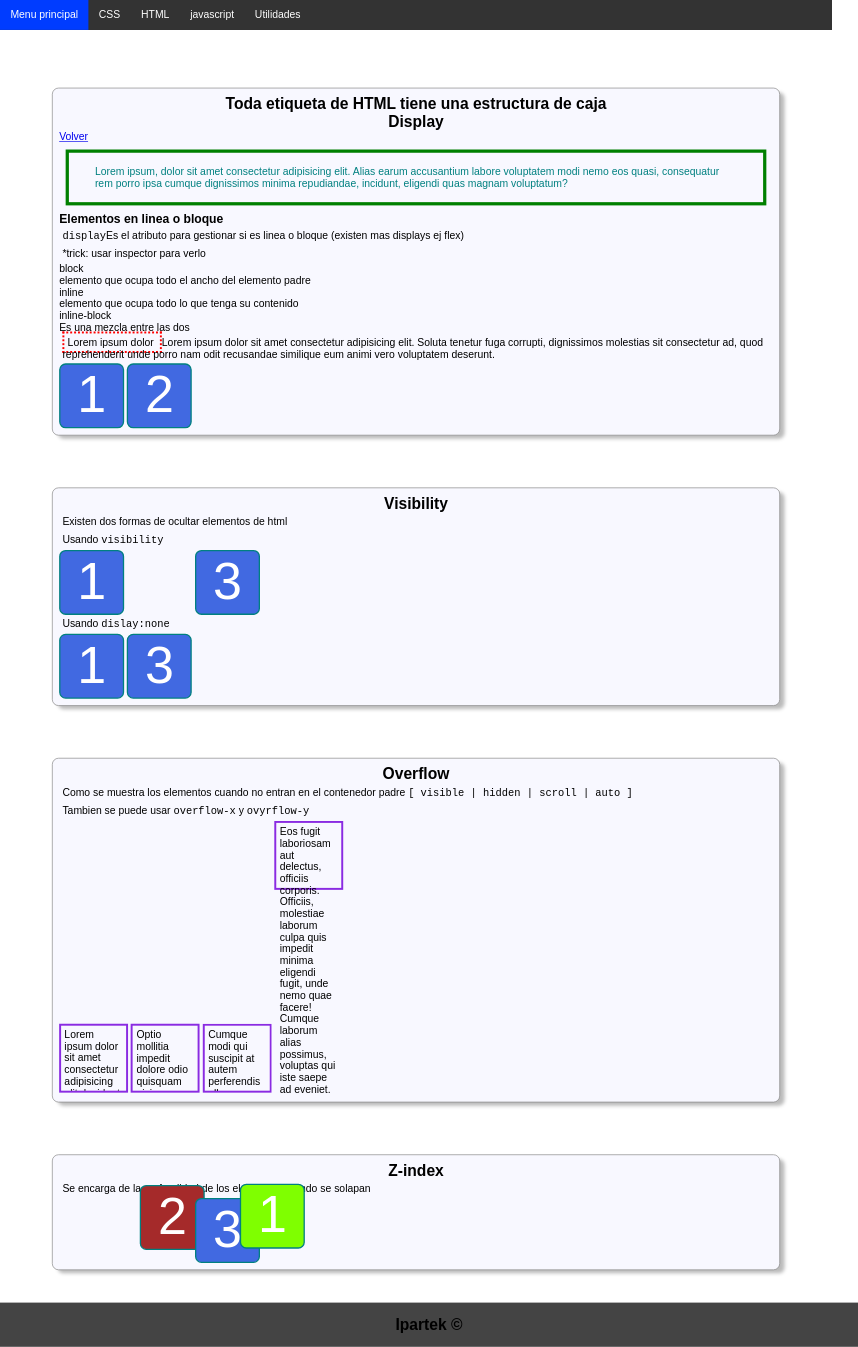
Repository: jcsanceledonio/java_2019_0396_2
Page: http://localhost/javaWebApp/ejemplos/html/box-model.jsp
An editor plug-in stored every save of this project. The page is shown before and after the next save, followed by the edit.
The browser window is 1280 px wide. The page is 1320 px wide, so the pictures cover 1320 px, including what lies to the right of the window. The pictures show the whole page, at 65% of full size.
Some web libraries are served in a nearby version. The page is served by Tomcat 9. Other server files are loaded and not shown.

Above is the page before, as saved 2019-11-20 10:01:33.

### javaWebApp/src/main/webapp/ejemplos/html/box-model.jsp
<%String titulo = "HelloWeb | box-model";%>

<%@include file="/includes/header.jsp" %>
<%@include file="/includes/navigation.jsp"%>
    <style>
        body {

        }

        span {
            border: 3px dotted red;
            padding: 5px;
        }

        p {

            padding: 5px;
        }

        p.prueba {
            color: teal;
            border: 5px solid green;
            margin: 10px;
            /* padding: 20px;  */
            padding: 20px 40px;
        }

        .box {
            display: inline-block;
            /* para que el bloque ocupe el borde que especifiquemos
            sin que se le sume los 2px de los bordes */
            box-sizing: border-box;
            width: 100px;
            height: 100px;

            border: 2px solid teal;
            background-color: royalblue;
            border-radius: 10px;

            color: #fff;
            font-size: 5em;
            text-align: center;
        }

        .box-texto {
            display: inline-block;
            width: 100px;
            height: 100px;
            border: 3px solid blueviolet;
        }

        section {
        	margin: 80px 80px 80px 80px;
            border: 1px solid rgb(131, 131, 131);
            background-color: ghostwhite;
            padding: 10px;
            margin-bottom: 50px;
            border-radius: 10px;

            -webkit-box-shadow: 8px 6px 6px -1px rgba(0, 0, 0, 0.27);
            -moz-box-shadow: 8px 6px 6px -1px rgba(0, 0, 0, 0.27);
            box-shadow: 8px 6px 6px -1px rgba(0, 0, 0, 0.27);
        }
    </style>

    <h1>Visualización</h1>

    <section>
        <h2>Toda etiqueta de HTML tiene una estructura de caja</h2>
        <h2>Display</h2>
        <a href="index.jsp">Volver</a>

        <p class="prueba">Lorem ipsum, dolor sit amet consectetur adipisicing elit. Alias earum accusantium labore
            voluptatem modi nemo eos
            quasi, consequatur rem porro ipsa cumque dignissimos minima repudiandae, incidunt, eligendi quas magnam
            voluptatum?</p>

        <h3>Elementos en linea o bloque</h3>
        <p><code>display</code>Es el atributo para gestionar si es linea o bloque (existen mas displays ej flex)</p>
        <p>*trick: usar inspector para verlo</p>
        <dl>
            <dt>block</dt>
            <dd>elemento que ocupa todo el ancho del elemento padre</dd>

            <dt>inline</dt>
            <dd>elemento que ocupa todo lo que tenga su contenido</dd>

            <dt>inline-block</dt>
            <dd>Es una mezcla entre las dos</dd>

        </dl>

        <p> <span> Lorem ipsum dolor </span> Lorem ipsum dolor sit amet consectetur adipisicing elit. Soluta tenetur
            fuga
            corrupti, dignissimos molestias sit
            consectetur ad, quod reprehenderit unde porro nam odit recusandae similique eum animi vero voluptatem
            deserunt.
        </p>

        <div class="box">1</div>
        <div class="box">2</div>
    </section>

    <section>
        <h2>Visibility</h2>
        <p>Existen dos formas de ocultar elementos de html</p>
        <!-- Se oculta pero respeta el espacio -->
        <p>Usando <code>visibility</code></p>
        <div class="box">1</div>
        <div class="box" style="visibility:hidden">2</div>
        <div class="box">3</div>

        <!-- Se oculta y no ocupa espacio -->
        <p>Usando <code>dislay:none</code></p>
        <div class="box">1</div>
        <div class="box" style="display:none">2</div>
        <div class="box">3</div>
    </section>

    <section>
        <h2>Overflow</h2>
        <p> Como se muestra los elementos cuando no entran en el contenedor padre
            <code>[ visible | hidden | scroll | auto ]</code> </p>
        <p>Tambien se puede usar <code>overflow-x</code> y <code>ovyrflow-y</code></p>
        <div class="box-texto" style="overflow: hidden;">
            <p>Lorem ipsum dolor sit amet consectetur adipisicing elit. Incidunt laudantium ipsam facere explicabo in
                adipisci sed autem aliquid aspernatur magni neque, dolorem maiores! Quos praesentium dolorem inventore
                tenetur dolorum nam!</p>
        </div>
        <div class="box-texto" style="overflow: scroll;">
            <p>Optio mollitia impedit dolore odio quisquam nisi perferendis autem provident aspernatur sit, voluptates
                inventore et quia repellendus assumenda nesciunt officia voluptatem, harum est saepe pariatur
                consequatur! Ea eum quos veniam.</p>
        </div>
        <div class="box-texto" style="overflow: auto;">
            <p>Cumque modi qui suscipit at autem perferendis ullam tempore cum, culpa asperiores. Pariatur numquam
                provident velit facere quo vitae! Accusamus pariatur quaerat officia molestias ad fugit natus et
                dignissimos tempore!</p>
        </div>
        <div class="box-texto" style="overflow: visible;">
            <p>Eos fugit laboriosam aut delectus, officiis corporis. Officiis, molestiae laborum culpa quis impedit
                minima eligendi fugit, unde nemo quae facere! Cumque laborum alias possimus, voluptas qui iste saepe ad
                eveniet.</p>
        </div>

    </section>

    <section>
        <h2>Z-index</h2>
        <p>Se encarga de la profundidad de los elementos cuando se solapan</p>

        <div class="box"
            style="background-color: chartreuse; position: relative; left: 278px; bottom: 22px; z-index: 2;">1</div>
        <div class="box" style="z-index: 0;position: relative; top:-20px; left:20px; background-color: brown;">2</div>
        <div class="box" style="z-index: 1;position: relative;">3</div>

    </section>

  <%@include file="/includes/footer.jsp" %>

### javaWebApp/src/main/webapp/includes/header.jsp
<!DOCTYPE html> <!-- html5 -->
<html lang="es">

<head>
    <meta charset="UTF-8">
    <meta name="viewport" content="width=device-width, initial-scale=1.0">
    <meta http-equiv="X-UA-Compatible" content="ie=edge">
    <title><%=titulo%></title>
    <link href="https://fonts.googleapis.com/icon?family=Material+Icons" rel="stylesheet">
    <link rel="stylesheet" href="https://cdnjs.cloudflare.com/ajax/libs/font-awesome/5.11.2/css/all.css">

    <!-- <base href="/PruebaTecnica/"> -->
    <base href="/helloweb/">
    <!-- estilos -->
    <link rel="stylesheet" href="css/styles.css">

</head>

<body>

### javaWebApp/src/main/webapp/includes/navigation.jsp
 <header>
        <nav>
            <ul>
                <li><a href="#home">Menu principal</a></li>
                <li class="dropdown">
                    <a href="#" class="dropbtn">CSS</a>
                    <div class="dropdown-content">
                        <a href="ejemplos/css/animaciones.jsp">Animaciones</a>
                        <a href="ejemplos/css/basico.jsp">Basico</a>
                        <a href="ejemplos/css/especificidad.jsp">Especificidad</a>
                        <a href="ejemplos/css/avanzado.jsp">Avanzado</a>

                    </div>
                </li>
                <li class="dropdown">
                    <a href="#" class="dropbtn">HTML</a>
                    <div class="dropdown-content">
                        <a href="ejemplos/html/box-model.jsp">Visualizacion</a>
                        <a href="ejemplos/html/posicionamiento.jsp">Posicionamiento</a>
                        <a href="ejemplos/html/formulario.jsp">Formularios</a>
                        <a href="login.jsp">Login</a>
                    </div>
                </li>
                <li class="dropdown">
                    <a href="#" class="dropbtn">javascript</a>
                    <div class="dropdown-content">
                        <a href="ejemplos/js/game.jsp">Arkanoid</a>
                    </div>
                </li>
                <li class="dropdown">
                    <a href="#" class="dropbtn">Utilidades</a>
                    <div class="dropdown-content">
                        <a href="https://caniuse.com/">caniuse</a>
                    </div>
                </li>
            </ul>
        </nav>
    </header>

### javaWebApp/src/main/webapp/includes/footer.jsp
 <footer>
        <h2>Ipartek &copy</h2>
    </footer>

    <!-- javascript -->
    <script src="js/main.js"></script>
</body>

</html>

### javaWebApp/src/main/webapp/css/styles.css
/*
Hoja de estilos
esto es un comentario de bloque
@author: Juan Carlos
@version: 1.0
@tags: css, basic, etc...
@licencia mit
 */

* {
    margin: 0;
    padding: 0;
}

/*
orden CSS
1. Reset
2. @Keyframes
3. TODAS etiquetas estilos generales
4. Layouts
5. clases para reutilizar
6. cosas mas especificas como los ids
 */

body {
    font-size: 16px;
    font-family: Arial, Helvetica, sans-serif;
}

h1 {
    color: #0099CC;
    font-size: 3em;
    text-align: center;
}

h2 {
    text-align: center;
}

.tabla {
    background-color: white;
    text-align: center;
}

table {
    width: 50%;
    margin: auto;
}

table caption {
    font-size: 2em;
}

td {
    width: 50%;
    height: 30px;
    border: 1px solid #000;
    border-radius: 5px;
}

main {
    margin-bottom: 180px;
}

td:hover {
    background-color: rgb(24, 123, 236);
}

/*Icono del ojo*/
.fa-eye{
	color:red;

}

/* -------------------------------------- */

/* Formulario */

input[type="text"]:valid {
    color: green;
}

input[type="text"]:invalid {
    color: red;
}

/* /Fin formulario */

/* ----------------------------------------- */

.parallax {
    background-image: url(/helloweb/images/office.jpg);
    /* Create the parallax scrolling effect */
    height: 500px;
    background-attachment: fixed;
    background-position: center;
    background-repeat: no-repeat;
    background-size: cover;
}

.parallax h1 {
    padding-top: 3em;
}

.parallax h2 {
    padding-top: 0.5em;
}

nav {
    width: 100%;
    position: fixed;
}

nav ul {
    list-style-type: none;
    margin: 0;
    padding: 0;
    overflow: hidden;
    background-color: #333;
}

nav li {
    float: left;
}

nav li a, .dropbtn {
    display: inline-block;
    color: white;
    text-align: center;
    padding: 14px 16px;
    text-decoration: none;
}

nav li a:hover, .dropdown:hover .dropbtn {
    background-color: rgb(0, 60, 255);
}

nav li.dropdown {
    display: inline-block;
}

.dropdown-content {
    display: none;
    position: absolute;
    background-color: #f9f9f9;
    min-width: 160px;
    box-shadow: 0px 8px 16px 0px rgba(0, 0, 0, 0.2);
    z-index: 1;
}

.dropdown-content a {
    color: black;
    padding: 12px 16px;
    text-decoration: none;
    display: block;
    text-align: left;
}

.dropdown-content a:hover {
    background-color: #f1f1f1;
}

.dropdown:hover .dropdown-content {
    display: block;
}

footer {
    /*  position: fixed; */
    padding: 20px;
    bottom: 0;
    background-color: rgb(68, 68, 68);
    width: 100%;
}

#btnUp {
    width: 40px;
    height: 40px;
    display: flex;
    align-items: center;
    justify-content: center;
    background: rgb(5, 125, 165);
    border-radius: 50%;
    text-decoration: none;
    color: white;
    box-shadow: 2px 2px 5px rgba(0, 0, 0, 0.25);
    position: fixed;
    right: 20px;
    bottom: 20px;
    transition: background 0.25s;
}

#btnUp:active {
    background: rgb(4, 80, 105);
}

### javaWebApp/src/main/webapp/js/main.js
//Comentario de linea
/*
    Comentario de bloque
*/
/**
 *  Comentario de bloque para documentar
 */

console.trace('Esto es una traza de log');
console.info('Para informar de cosas');
var a = 2;
console.debug('La variable a=' + a);
//console.warn('alerta');
//console.error('Error en la conexion de al servidor');

function buscarVoluntario() {

    var personas = ["Juan", "Pepe", "Luis"];
    //console.trace('click buscaVoluntario');

    document.getElementById("nombre").innerHTML = personas[Math.floor(Math.random() * personas.length)];

    //document.getElementById('nombre').innerHTML = "Ander";
}

After the next save:
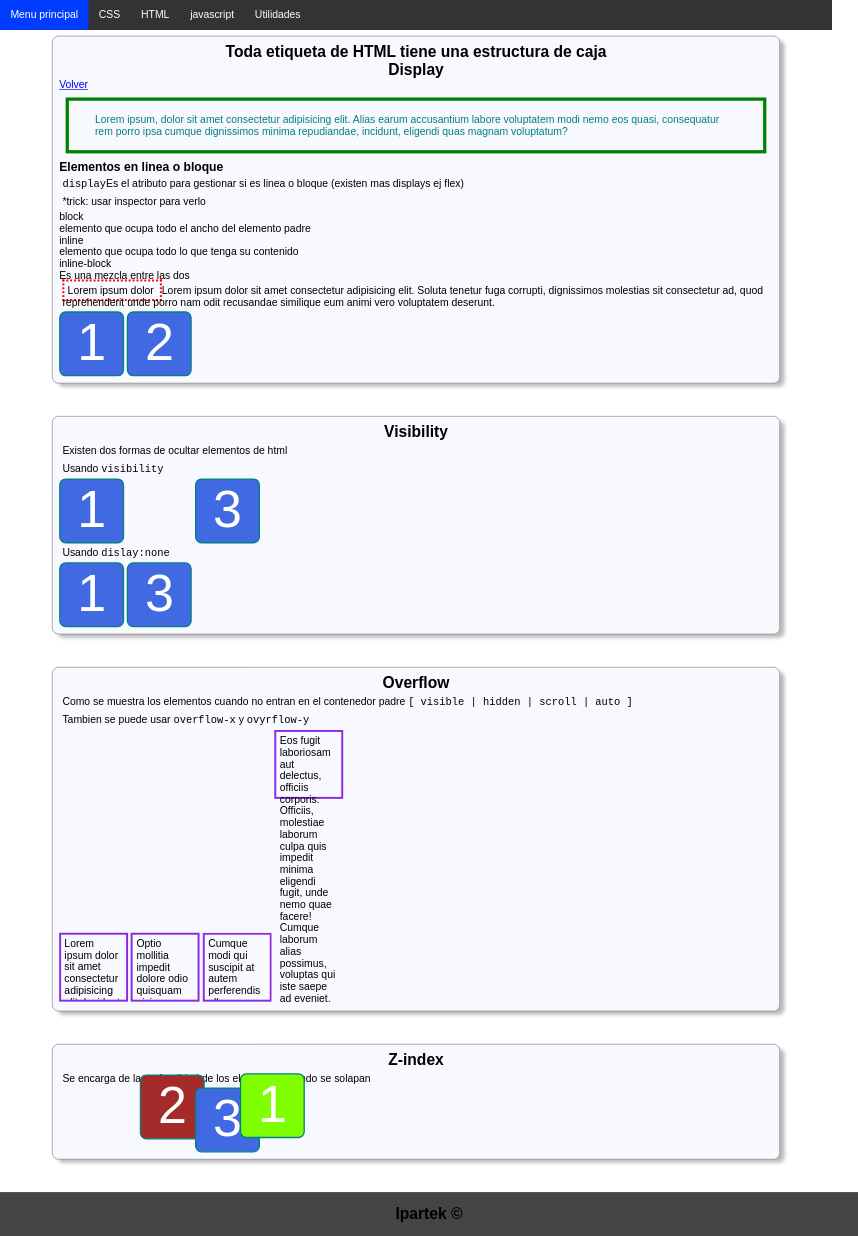
Saved 92 s later.
--- a/javaWebApp/src/main/webapp/ejemplos/html/box-model.jsp
+++ b/javaWebApp/src/main/webapp/ejemplos/html/box-model.jsp
@@ -50,7 +50,7 @@
         }
 
         section {
-        	margin: 80px 80px 80px 80px;
+        	margin: 0px 80px 0px 80px;
             border: 1px solid rgb(131, 131, 131);
             background-color: ghostwhite;
             padding: 10px;
